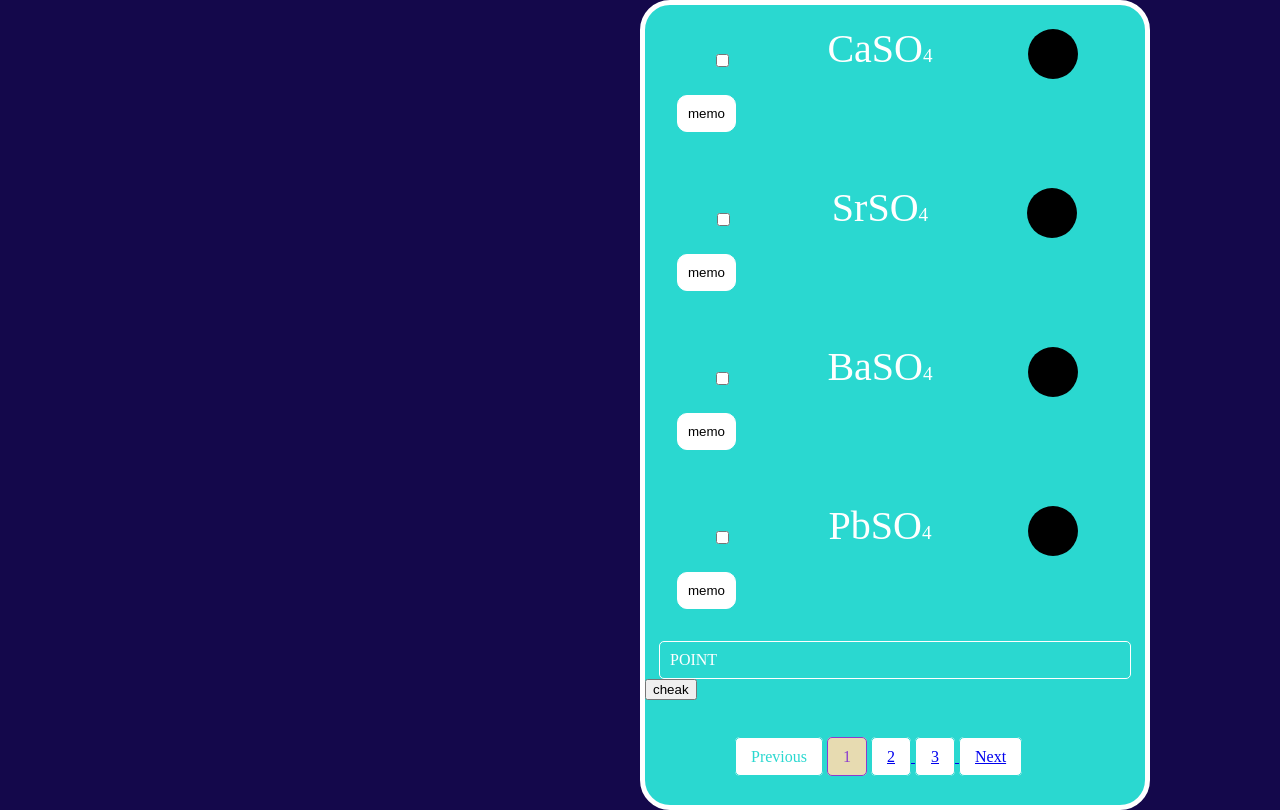
Repository: 1000sky/Inorganic_chemistry_application
Page: http://localhost/
The author's editor kept a copy of each file at every save. The page is drawn from the files as they stood at one save, then again after the next save.
The browser window is 1280 px wide. The pictures show the whole page.
The page is served by the project's Laravel application, run on PHP 8.4 with Laravel 8.

Above is the page before, as saved 2022-07-17 00:34:02.

After the next save:
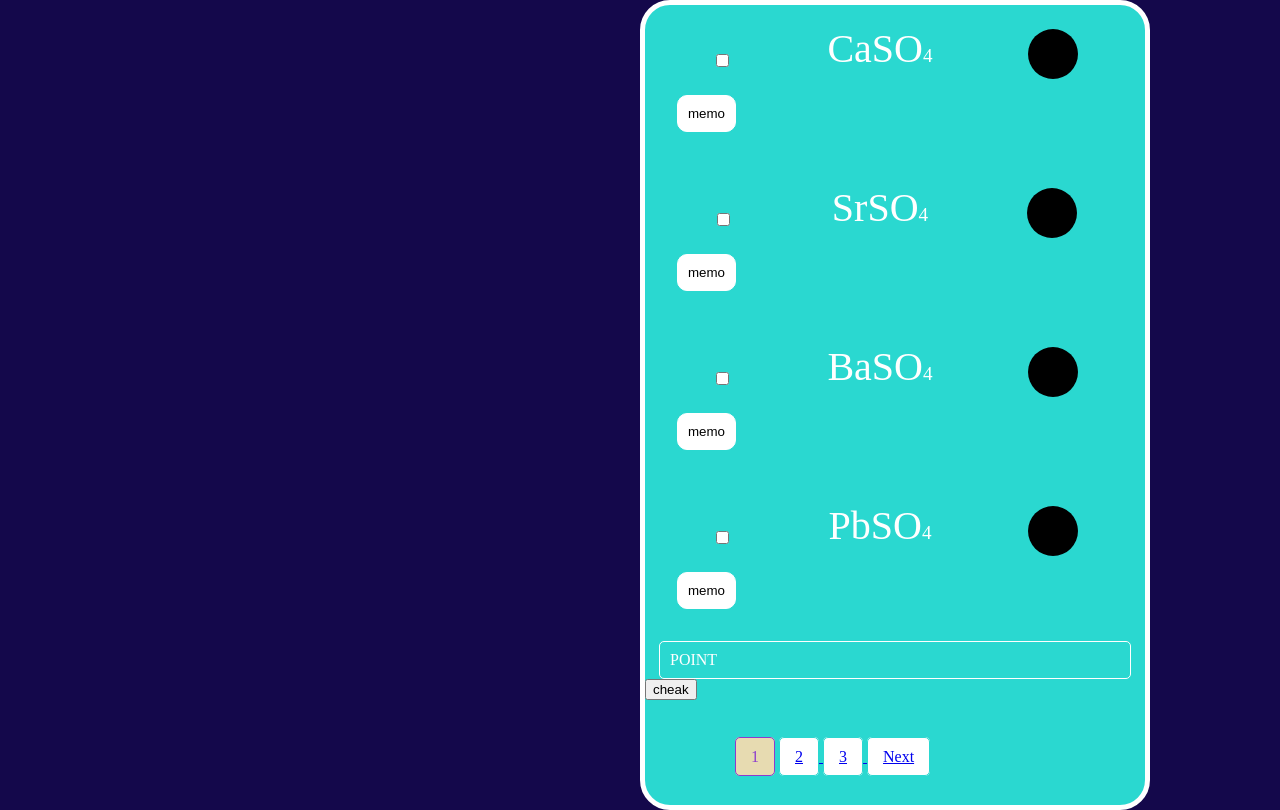
Saved 2 min 41 s later.
--- a/application/resources/views/index.blade.php
+++ b/application/resources/views/index.blade.php
@@ -69,7 +69,6 @@
         <button id="cheak">cheak</button>
 
         <ul class="page">
-          <li>Previous</li>
           <li class="this">1</li>
           <li><a href="/index2">2</li>
           <li><a href="/index3">3</li>

After the save that followed:
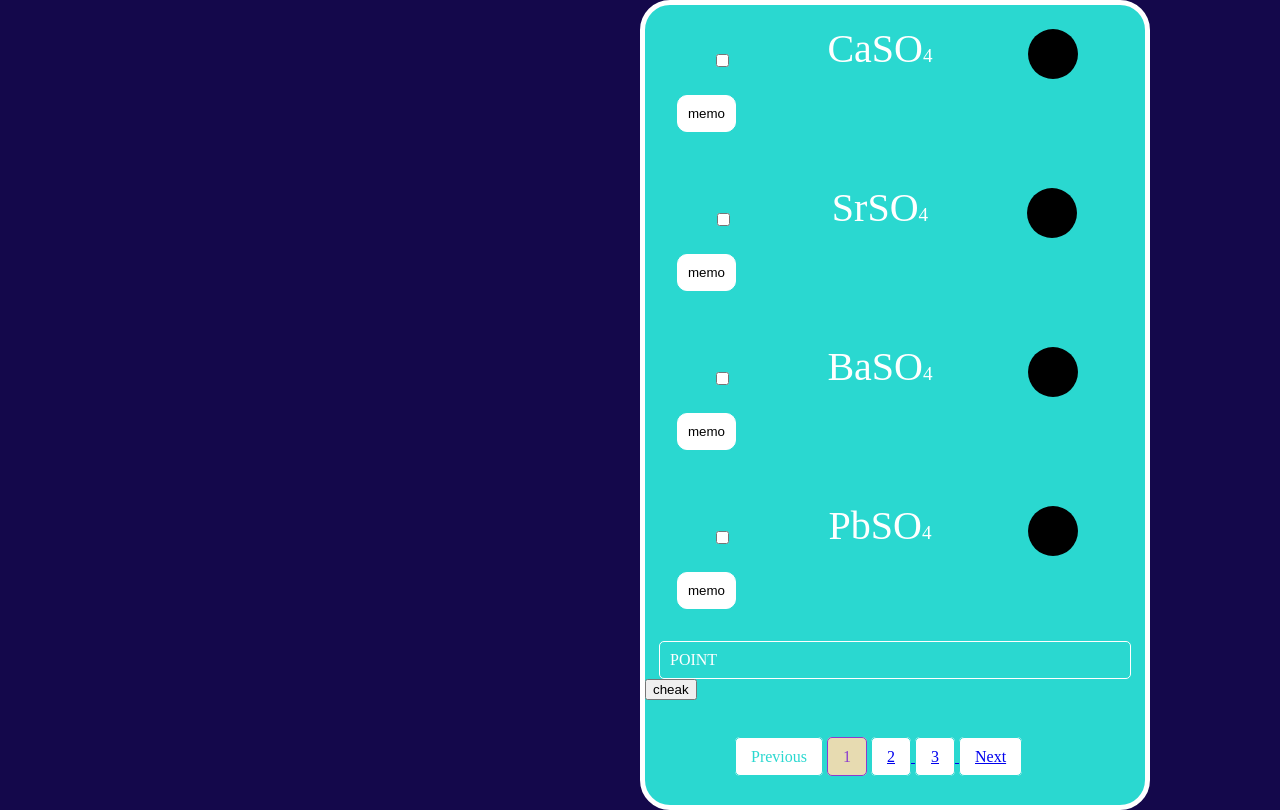
Saved 116 s later.
--- a/application/resources/views/index.blade.php
+++ b/application/resources/views/index.blade.php
@@ -69,6 +69,7 @@
         <button id="cheak">cheak</button>
 
         <ul class="page">
+          <li>Previous</li>
           <li class="this">1</li>
           <li><a href="/index2">2</li>
           <li><a href="/index3">3</li>
